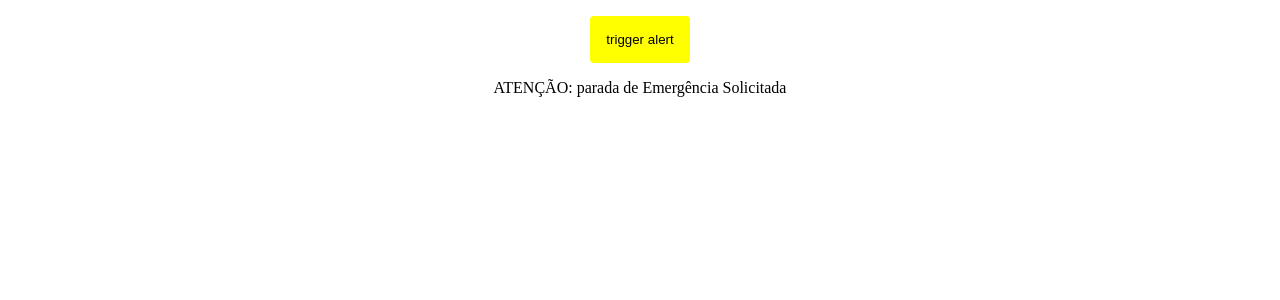
Repository: Esttevo/list-rewiew-js-2
Page: modulo-6/index.html
An editor plug-in stored every save of this project. The page is shown before and after the next save, followed by the edit.
The browser window is 1280 px wide. The pictures show the whole page.
After loading, the first visible `#btn-alert` was clicked once.

Above is the page before, as saved 2026-10-22 19:58:51.
Console error (its wording comes from the project's code and is left out).

After the next save:
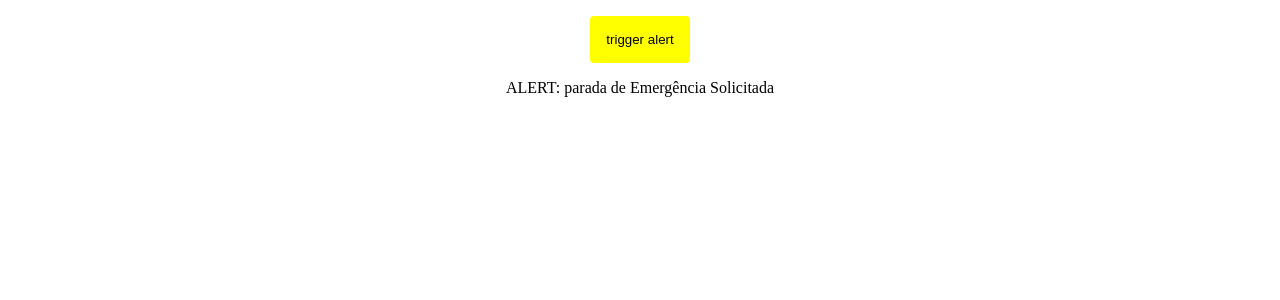
Saved 15 s later.
--- a/modulo-6/app.js
+++ b/modulo-6/app.js
@@ -7,6 +7,6 @@ const divAlert = document.querySelector(".wrapper-alert");
 const textAlert = document.getElementById("alert");
 
 btnAlert.addEventListener("click", () => {
-    textAlert.textContent = "ATENÇÃO: parada de Emergência Solicitada";
+    textAlert.textContent = "ALERT: parada de Emergência Solicitada";
     divAlert.classList.add("")
 })
